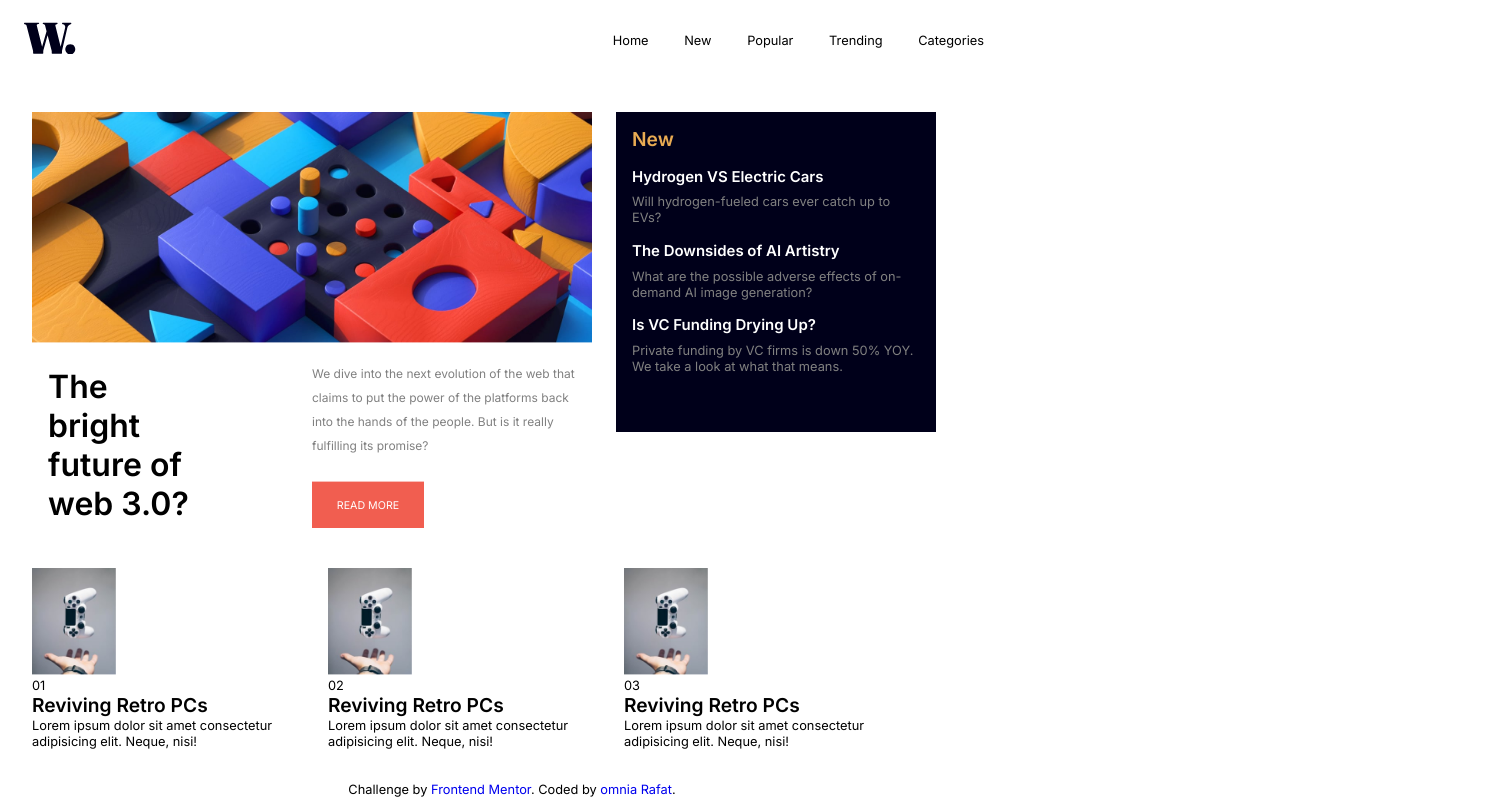
Repository: OmniaRafat232111121/HomePage
Page: index.html
An editor plug-in stored every save of this project. The page is shown before and after the next save, followed by the edit.
The browser window is 1280 px wide. The page is 1280 px wide, then 1870 px, so the pictures cover 1870 px, including what lies to the right of the window. The pictures show the whole page, at 80% of full size.

Above is the page before, as saved 2022-12-17 17:30:11.

After the next save:
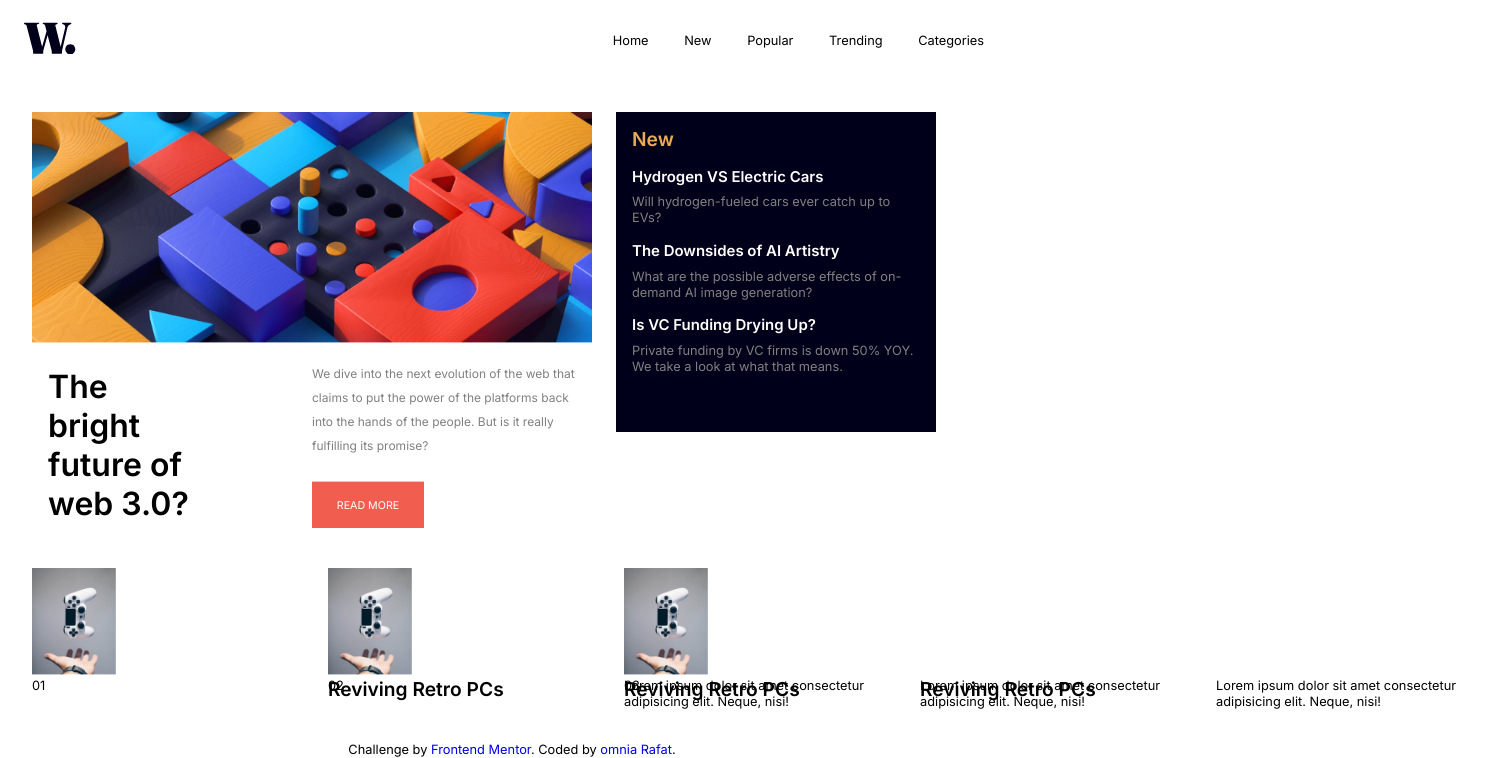
Saved 31 s later.
--- a/style.css
+++ b/style.css
@@ -116,5 +116,7 @@ background-color: #000;
     width:30% ;
 }
 .product .con{
-
+    display: grid;
+   grid-template-columns: 350px 350px 350px;
+    gap: 20px;
 }
